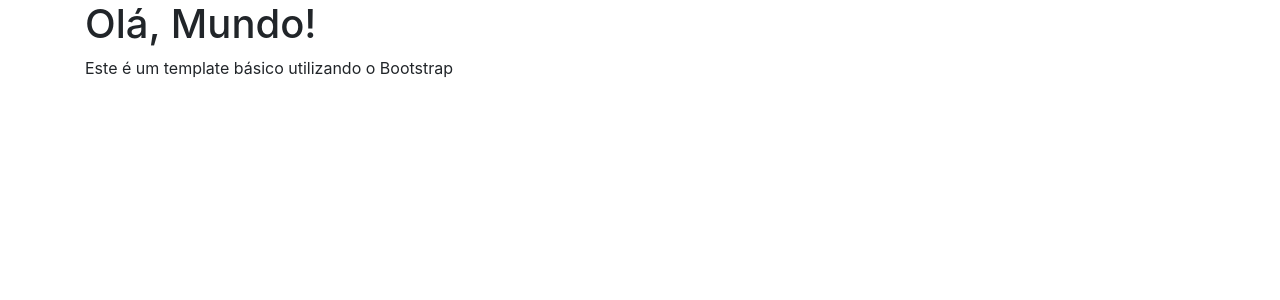
Repository: In-Game-full/Reprograme-se
Page: S-3/Aula-11(associação de CSS)/Praticas sugeridas/index.html
The author's editor kept a copy of each file at every save. The page is drawn from the files as they stood at one save, then again after a run of saves.
The browser window is 1280 px wide. The pictures show the whole page.
Some web libraries are served in a nearby version.

Above is the page before, as saved 2023-08-02 09:23:24.
Console error (its wording comes from the project's code and is left out).

After the next 4 saves:
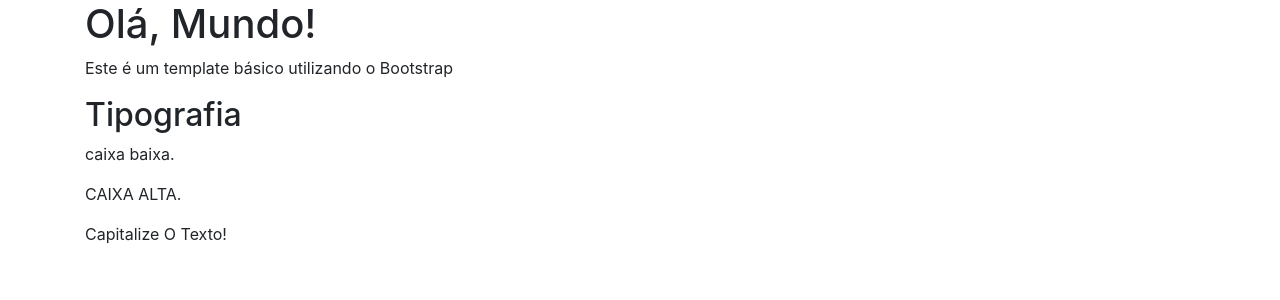
The 4 saves are shown as one change because they came seconds apart.
The last was saved 31 s later.
--- a/S-3/Aula-11(associação de CSS)/Praticas sugeridas/index.html
+++ b/S-3/Aula-11(associação de CSS)/Praticas sugeridas/index.html
@@ -30,6 +30,12 @@
         <p>Este é um template básico utilizando o Bootstrap</p>
 
     </div>
+    <div class="container mt-3">
+        <h2>Tipografia</h2>
+        <p class="text-lowercase">Caixa Baixa.</p>
+        <p class="text-uppercase">Caixa Alta.</p>
+        <p class="text-capitalize">Capitalize o texto!</p>
+    </div>
 
     <script src="https://code.jquery.com/jquery-3.2.1.slim.min.js"></script>
 
